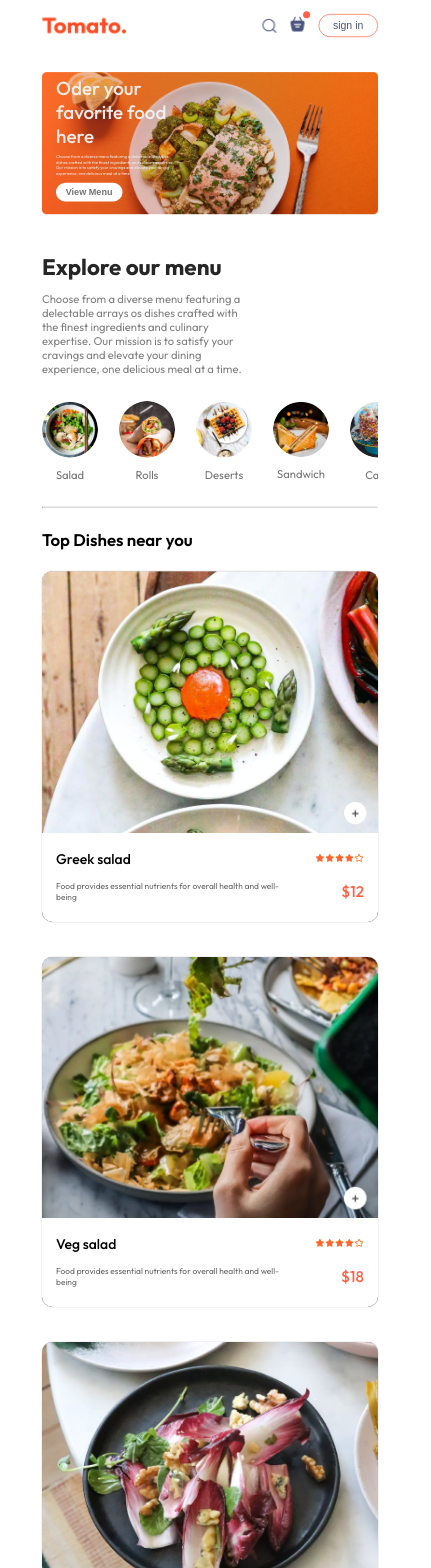
Repository: guilhermecardoso93/tomato-front-end
Page: /
These files come from the project's save history. The page is drawn as it stood at one moment and after the next save; the edit follows.
The browser window is 600 px wide. The page is 615 px wide, so the pictures cover 615 px, including what lies to the right of the window. The pictures show the part of the page from y = 0 to 2240 px (the page is 19209 px tall before and 16837 px after), at 70% of full size.
The project was rebuilt for these pictures with package versions that can differ from the ones it lists, and the page was loaded fresh each time. Also part of the build but not shown: vite.config.js, src/pages/Cart/styles.css, src/pages/Cart/index.jsx, src/pages/PlaceOrder/styles.css, src/pages/PlaceOrder/index.jsx.

Above is the page before, as saved 2024-10-31 19:27:04.

### index.html
<!doctype html>
<html lang="en">

<head>
    <meta charset="UTF-8" />
    <link rel="icon" type="image/svg+xml" href="" />
    <link rel="preconnect" href="https://fonts.googleapis.com">
    <link rel="preconnect" href="https://fonts.gstatic.com" crossorigin>
    <link href="https://fonts.googleapis.com/css2?family=Inter:ital,opsz,wght@0,14..32,100..900;1,14..32,100..900&family=Outfit:wght@100..900&display=swap" rel="stylesheet">
    <meta name="viewport" content="width=device-width, initial-scale=1.0" />
    <title>Tomato</title>
</head>

<body>
    <div id="root"></div>
    <script type="module" src="/src/main.jsx"></script>
</body>

</html>

### src/main.jsx
import { StrictMode } from "react";
import { createRoot } from "react-dom/client";
import "./index.css";
import { App } from "./App.jsx";
import { BrowserRouter } from "react-router-dom";
import StoreContextProvider from "./context/StoreContext.jsx";

createRoot(document.getElementById("root")).render(
  <BrowserRouter>
    <StoreContextProvider>
      <App />
    </StoreContextProvider>
  </BrowserRouter>
);

### src/index.css
* {
  padding: 0;
  margin: 0;
  box-sizing: border-box;
}

body {
  min-height: 100vh;
  font-family: "Outfit", sans-serif;
}

a {
  text-decoration: none;
  color: inherit;
}

.app {
  width: 80%;
  margin: auto;
  margin-bottom: 2rem;
}

@keyframes fadeIn {
  0% {
    opacity: 0;
  }

  100% {
    opacity: 1;
  }
}

### src/App.jsx
import { Routes, Route } from "react-router-dom";
import { Navbar } from "./components/Navbar";

import { Home } from "./pages/Home";
import { Cart } from "./pages/Cart";
import { PlaceOrder } from "./pages/PlaceOrder";
import { Footer } from "./components/Footer";

export function App() {
  return (
    <>
      <div className="app">
        <Navbar />
        <Routes>
          <Route path="/" element={<Home />} />
          <Route path="/cart" element={<Cart />} />
          <Route path="/order" element={<PlaceOrder />} />
        </Routes>
      </div>
      <Footer />
    </>
  );
}

### src/context/StoreContext.jsx
import { createContext, useEffect, useState } from "react";
import { food_list } from "../assets/assets";

export const StoreContext = createContext(null);

const StoreContextProvider = (props) => {
  const [cartItems, setCartItems] = useState({});

  const addCart = (itemId) => {
    if (!cartItems[itemId]) {
      setCartItems((prev) => ({ ...prev, [itemId]: 1 }));
    } else {
      setCartItems((prev) => ({ ...prev, [itemId]: prev[itemId] + 1 }));
    }
  };

  const removeFromCart = (itemId) => {
    setCartItems((prev) => ({ ...prev, [itemId]: prev[itemId] - 1 }));
  };

  const contextValue = {
    food_list,
    cartItems,
    setCartItems,
    addCart,
    removeFromCart,
  };

  useEffect(() => {
    console.log(cartItems);
  }, [cartItems]);

  return (
    <StoreContext.Provider value={contextValue}>
      {props.children}
    </StoreContext.Provider>
  );
};

export default StoreContextProvider;

### src/components/Navbar/index.jsx
import { useState } from "react";
import { assets } from "../../assets/assets";
import "./styles.css";

export const Navbar = () => {
  const [menu, setMenu] = useState("Home");

  return (
    <div className="navbar">
      <img src={assets.logo} alt="Logo" className="logo" />
      <ul className="navbar-menu">
        <li
          onClick={() => setMenu("Home")}
          className={menu === "Home" ? "active" : ""}
        >
          Home
        </li>
        <li
          onClick={() => setMenu("Menu")}
          className={menu === "Menu" ? "active" : ""}
        >
          Menu
        </li>
        <li
          onClick={() => setMenu("MobileApp")}
          className={menu === "MobileApp" ? "active" : ""}
        >
          MobileApp
        </li>
        <li
          onClick={() => setMenu("Contact Us")}
          className={menu === "Contact Us" ? "active" : ""}
        >
          Contact Us
        </li>
      </ul>
      <div className="navbar-right">
        <img src={assets.search_icon} alt="" />
        <div className="navbar-search-icon">
          <img src={assets.basket_icon} alt="" />
          <div className="dot"></div>
        </div>
        <button>sign in</button>
      </div>
    </div>
  );
};

### src/pages/Home/index.jsx
import { useState } from "react";
import { ExplorerMenu } from "../../components/ExplorerMenu";
import { Header } from "../../components/Header";
import "./styles.css";
import { FoodDisplay } from "../../components/FoodDisplay/Index";
import { AppDownload } from "../../components/AppDownload";

export const Home = () => {
  const [category, setCategory] = useState("All");

  return (
    <div>
      <Header />
      <ExplorerMenu category={category} setCategory={setCategory} />
      <FoodDisplay category={category} />
      <AppDownload />
    </div>
  );
};

### src/components/Footer/index.jsx
import { assets } from "../../assets/assets";
import "./styles.css";

export const Footer = () => {
  return (
    <footer id="footer">
      <div className="footer-container">
        <div className="footer-left">
          <img src={assets.logo} alt="" />
          <p>
            Lorem ipsum dolor sit amet, consectetur adipiscing elit. Vestibulum
            quis pellentesque erat, id dignissim dolor. Aliquam pulvinar erat et
            lacus dapibus, ornare viverra ipsum euismod. Suspendisse neque leo,
            iaculis et facilisis non, fringilla sit amet massa.
          </p>
          <div className="footer-social-icons">
            <img src={assets.facebook_icon} alt="" />
            <img src={assets.twitter_icon} alt="" />
            <img src={assets.linkedin_icon} alt="" />
          </div>
        </div>
        <div className="footer-center">
          <h2>COMPANY</h2>
          <ul>
            <li>Home</li>
            <li>About Us</li>
            <li>Delivery</li>
            <li>Privacy Policy</li>
          </ul>
        </div>
        <div className="footer-right">
          <h2>GET IN TOUCH</h2>
          <ul>
            <li>+1-2222-2222</li>
            <li>tomato@restaurant.com</li>
          </ul>
        </div>
      </div>
      <hr />
      <p className="footer-copy-rights">
        Copyrights 2024 Tomato.com - All rights reserved.
      </p>
    </footer>
  );
};

### src/components/Navbar/styles.css
.navbar {
  padding: 20px 0px;
  display: flex;
  justify-content: space-between;
  align-items: center;
}

.navbar .logo {
  width: 150px;
}

.navbar-menu {
  display: flex;
  list-style: none;
  gap: 20px;
  color: #49557e;
  font-size: 18px;
}

.navbar li {
  cursor: pointer
}

.navbar-right {
  display: flex;
  align-items: center;
  gap: 40px;
}

.navbar button {
  background: transparent;
  font-size: 15px;
  color: #49557e;
  border: 1px solid tomato;
  padding: 10px 30px;
  border-radius: 50px;
  cursor: pointer;
  transition: 0.3s;
}

.navbar button:hover {
  background: #fff4f2;
}

.navbar .active {
  padding-bottom: 2px;
  border-bottom: 2px solid #49557c;
}

.navbar-search-icon {
  position: relative;
}

.navbar-search-icon .dot {
  position: absolute;
  min-width: 10px;
  min-height: 10px;
  background-color: tomato;
  border-radius: 5px;
  top: -8px;
  right: -8px;
}

@media (max-width:1050px) {
  .navbar .logo {
    width: 140px;
  }

  .navbar-menu {
    gap: 20px;
    font-size: 17px;
  }

  .navbar-right {
    gap: 30px;
  }

  .navbar-right img {
    width: 22px;
  }

  .navbar-right button {
    padding: 8px 25px;
  }
}

@media (max-width:900px) {
  .navbar .logo {
    width: 120px;
  }

  .navbar-menu {
    gap: 15px;
    font-size: 16px;
  }

  .navbar-right {
    gap: 20px;
  }

  .navbar-right img {
    width: 20px;
  }

  .navbar-right button {
    padding: 7px 20px;
    font-size: 15px;
  }
}

@media (max-width:750px) {
  .navbar-menu {
    display: none;
  }
}

/*
.navbar-profile {
  position: relative;
}

.nav-profile-dropdown {
  position: absolute;
  display: none;
  right: 0;
  z-index: 1;
}

.navbar-profile:hover .nav-profile-dropdown {
  display: flex;
  flex-direction: column;
  gap: 10px;
  background-color: #fff2ef;
  padding: 12px 25px;
  border-radius: 4px;
  border: 1px solid tomato;
  outline: 2px solid white;
  list-style: none;
}


:root .navbar-profile:hover .nav-profile-dropdown {
  color: white;
  background-color: var(--body-color);
  border: 1px solid tomato;
  outline: 2px solid white;
}

.lightcolors .navbar-profile:hover .nav-profile-dropdown {
  color: black;
  background-color: #fff2ef;
  border: 1px solid tomato;
  outline: 2px solid white;
}

.nav-profile-dropdown li {
  display: flex;
  align-items: center;
  gap: 10px;
  cursor: pointer;
}

.nav-profile-dropdown img {
  width: 20px;
}

.nav-profile-dropdown li:hover {
  color: tomato;
}

#visual-toggle-button {
  width: 37px;
  height: 37px;
  display: flex;
  align-items: center;
  justify-content: center;
  position: relative;
  border: 1px solid var(--border-color);
  border-radius: 5px;
  cursor: pointer;
}

#visual-toggle {
  appearance: none;
  display: none;
}

.svgIcon-toggle {
  width: 25px;
}

.moon-svg {
  width: 13px;
  position: absolute;
  transition: all .3s;
}

.sun-svg {
  opacity: 0;
  transition: all .3s;
}

.lightmode .sun-svg {
  filter: brightness(0);
  transform: rotate(180deg);
  opacity: 1;
}

.lightmode .moon-svg {
  opacity: 0;
}

.animate .moon-svg {
  transform: rotate(360deg);
  transition: all .3s;
}


:root {
  --input-color: black;
--background-root: black;
--border-root: 2px solid white;
--padding-root: 10px;
--upload: brightness(1) invert(1);
--logos-filter: brightness(0) invert(1);
--sidebar: black;
--border-color: #27272a;
--nav-color-one: #0d0d179a;
--nav-color-two: #0d0618;
--body-color: #121212;
--dark-text: #101010;
--light-text: #ffffff;
--light-text-secondary: #b9b9b9;
--light-text-desc: #d8d8d8;
}

.lightcolors {
  --sidebar: #fff0ed;
  --body-color: #FFFFFF;
  --dark-text: #fff;
  --light-text: #101010;
  --nav-color-two: #f6f6f2;
  --nav-color-one: #f1f1f17e;
  --border-color: #ddd;
  --light-text-secondary: #464853;
  --light-text-desc: #020202;
  --cards-text-color: #fff;
}

:root .logo {
  filter: var(--logos-filter);
}

.lightcolors .logo {
  filter: none;
}

:root .navbar-menu .active {
  border-bottom: 2px solid white;
}

.lightcolors .navbar-menu .active {
  border-bottom: 2px solid #49557e;
}


:root .navbar-menu {
  color: white;
}

.lightcolors .navbar-menu {
  color: #49557e;
}

:root .basketlogo {
  filter: var(--logos-filter);
}

.lightcolors .basketlogo {
  filter: none;
}

:root img.white-filter {
  filter: var(--logos-filter);
}

.lightcolors img.white-filter {
  filter: none;
}

:root .signbutton {
  color: white
}

:root .signbutton:hover {
  color: black;
}



.lightcolors .signbutton {
  color: #49557e;
}



 */

### src/components/ExplorerMenu/index.jsx
import { menu_list } from "../../assets/assets";

import "./styles.css";

export const ExplorerMenu = ({ category, setCategory }) => {
  return (
    <div className="explorer-menu" id="explore-menu">
      <h1>Explore our menu</h1>
      <p className="explore-menu-text">
        Choose from a diverse menu featuring a delectable arrays os dishes
        crafted with the finest ingredients and culinary expertise. Our mission
        is to satisfy your cravings and elevate your dining experience, one
        delicious meal at a time.
      </p>
      <div className="explore-menu-list">
        {menu_list.map((item, index) => {
          return (
            <div
              className="explore-menu-list-item"
              key={index}
              onClick={() =>
                setCategory((prev) =>
                  prev === item.menu_name ? "All" : item.menu_name
                )
              }
            >
              <img
                src={item.menu_image}
                alt=""
                className={category === item.menu_name ? "active" : ""}
              />
              <p className={category === item.menu_name ? "active-text" : ""}>
                {item.menu_name}
              </p>
            </div>
          );
        })}
      </div>
      <hr />
    </div>
  );
};

### src/components/Header/index.jsx
import "./styles.css";

export const Header = () => {
  return (
    <div className="header">
      <div className="header-container">
        <h2>Oder your favorite food here</h2>
        <p>
          Choose from a diverse menu featuring a delectable arrays os dishes
          crafted with the finest ingredients and culinary expertise. Our
          mission is to satisfy your cravings and elevate your dining
          experience, one delicious meal at a time.
        </p>
        <button> View Menu</button>
      </div>
    </div>
  );
};

### src/components/FoodDisplay/Index.jsx
import { useContext } from "react";
import { StoreContext } from "../../context/StoreContext";
import { FoodItem } from "../FoodItem";

import "./styles.css";

export const FoodDisplay = ({ category }) => {
  const { food_list } = useContext(StoreContext);

  return (
    <div className="food-display" id="food-display">
      <h2>Top Dishes near you</h2>
      <div className="food-display-list">
        {food_list.map((item, index) => {
          if (category === "All" || category === item.category) {
            return (
              <FoodItem
                key={index}
                id={item._id}
                name={item.name}
                description={item.description}
                price={item.price}
                image={item.image}
              />
            );
          }
        })}
      </div>
    </div>
  );
};

### src/components/AppDownload/index.jsx
import { assets } from "../../assets/assets";

import "./styles.css";

export const AppDownload = () => {
  return (
    <div className="app-download" id="app-download">
      <p>
        For Better Experience Download <br /> TomatoApp
      </p>
      <div className="app-download-platforms">
        <img src={assets.play_store} alt="" />
        <img src={assets.app_store} alt="" />
      </div>
    </div>
  );
};

### src/components/Footer/styles.css
footer {
  color: #d9d9d9;
  background-color: #323232;
  display: flex;
  align-items: center;
  flex-direction: column;
  gap: 20px;
  padding: 20px 8vw;
  padding-top: 80px;
  margin-top: 40px;
}

.footer-container {
  width: 100%;
  display: grid;
  grid-template-columns: 2fr 1fr 1fr;
  gap: 50px;
}

.footer-left, .footer-right, .footer-center {
  display: flex;
  flex-direction: column;
  align-items: start;
  gap: 20px;
}

footer li {
  list-style: none;
  margin-bottom: 10px;
  cursor: pointer;
}

footer h2 {
  color: #f2f2f2;
}

.footer-social-icons {
  display: flex;
  gap: 15px;
  width: 40px;
  margin-right: 15px;
}

footer hr {
  width: 100%;
  height: 2px;
  margin: 10px 0;
  background-color: gray;
  border: none;
}

### src/components/ExplorerMenu/styles.css
.explorer-menu {
  display: flex;
  flex-direction: column;
  gap: 1rem;
}

.explorer-menu h1 {
  color: #262626;
  font-size: 500;
}

.explore-menu-text {
  max-width: 60%;
  color: #808080;
}

.explore-menu-list {
  display: flex;
  justify-content: space-between;
  align-items: center;
  gap: 30px;
  text-align: center;
  margin: 20px 0px;
  overflow-x: scroll;
}

.explore-menu-list::-webkit-scrollbar {
  display: none;
}

.explore-menu-list img {
  width: 7.5vw;
  min-width: 80px;
  cursor: pointer;
  border-radius: 50%;
  transition: 0.2s;
}

.explore-menu-list p {
  margin-top: 10px;
  color: #747474;
  font-size: max(1.4vw, 16px);
  cursor: pointer;
}

.explore-menu hr {
  margin: 10px 0px;
  height: 2px;
  background: #e2e2e2;
  border: none;
}

.explore-menu-list .active {
  border: 4px solid tomato;
  padding: 2px;
}

.explore-menu-list .active-text {
  color: tomato;
}

### src/components/Header/styles.css
.header {
  height: 34vw;
  margin: 30px auto;
  background: url('../../assets/header_img.png') no-repeat;
  background-size: contain;
  position: relative;
}

.header-container {
  position: absolute;
  display: flex;
  flex-direction: column;
  align-items: start;
  padding: 20px;
  gap: 1.5vw;
  max-width: 52%;
  bottom: 10%;
  animation: fadeIn 3s;
}

.header-container h2 {
  font-weight: 500;
  color: #f2f2f2f2;
  font-size: max(4.5vw, 22px);
}

.header-container p {
  color: #f2f2f2f2;
  font-size: 1vw;
}


.header-container button {
  border: none;
  color: #747474;
  font-weight: 700;
  padding: 1vw 2.3vw;
  background: white;
  font-size: max(1vw, 13px);
  border-radius: 50px;
}

@media (max-width:1050px) {
  .header {
    height: 38vw;
  }

  .header-container {
    max-width: 45%;
  }
}

### src/components/FoodItem/index.jsx
import { useContext } from "react";
import { assets } from "../../assets/assets";
import "./styles.css";
import { StoreContext } from "../../context/StoreContext";

export const FoodItem = ({ id, name, price, description, image }) => {
  const { removeFromCart, addCart, cartItems } = useContext(StoreContext);

  return (
    <div className="food-item" id={id}>
      <div className="food-item-image-container">
        <img src={image} alt={name} className="food-item-image" />
        {!cartItems[id] ? (
          <img
            src={assets.add_icon_white}
            alt="Adicionar ao carrinho"
            className="add"
            onClick={() => addCart(id)}
          />
        ) : (
          <div className="food-item-counter">
            <img
              src={assets.remove_icon_red}
              alt="Remover do carrinho"
              onClick={() => removeFromCart(id)}
            />
            <p>{cartItems[id]}</p>
            <img
              src={assets.add_icon_green}
              alt="Adicionar ao carrinho"
              onClick={() => addCart(id)}
            />
          </div>
        )}
      </div>
      <div className="food-item-info">
        <div className="food-item-name-rating">
          <p>{name}</p>
          <img src={assets.rating_starts} alt="Rating" />
        </div>
        <div className="food-item-prices">
          <p className="food-item-description">{description}</p>
          <p className="food-item-price">${price}</p>
        </div>
      </div>
    </div>
  );
};

### src/components/FoodDisplay/styles.css
.food-display {
  margin-top: 30px;
}

.food-display h2 {
  font-size: max(2vw, 24px);
  font-weight: 600;
}


.food-display-list {
  display: grid;
  grid-template-columns: repeat(auto-fill, minmax(240px, 1fr));
  margin-top: 30px;
  gap: 30px;
  row-gap: 50px;
}

### src/components/AppDownload/styles.css
.app-download {
  margin: auto auto;
  margin-top: 100px;
  font-size: max(3vw, 20px);
  text-align: center;
  font-weight: 500;
}

.app-download-platforms {
  display: flex;
  justify-content: center;
  gap: max(3vw, 20px);
  margin-top: 40px;
}

.app-download-platforms img {
  width: max(30vw, 120px);
  max-width: 180px;
  transition: 0.5s;
  cursor: pointer;
}

.app-download-platforms img:hover {
  transform: scale(1.05);
}

### src/components/FoodItem/styles.css
.food-item {
  width: 100%;
  margin: auto;
  border-radius: 15px;
  box-shadow: 0px 0px 1px #000015;
  transition: 0.3s;
  animation: fadeIn 1s;
}

.food-item-image {
  width: 100%;
  border-radius: 15px 15px 0px 0px;
}

.food-item-image-container {
  position: relative;
}

.food-item-image-container .add {
  position: absolute;
  width: 35px;
  bottom: 15px;
  right: 15px;
  cursor: pointer;
  border-radius: 50%;
}

.food-item-counter {
  position: absolute;
  bottom: 15px;
  right: 15px;
  display: flex;
  align-items: center;
  gap: 10px;
  border-radius: 50px;
  background-color: #f2f2f2;
  padding: 3px;
  font-weight: 700;
}

.food-item-counter img {
  width: 30px;
}

.food-item-info {
  padding: 20px;
}

.food-item-name-rating {
  display: flex;
  justify-content: space-between;
  align-items: center;
  margin-bottom: 10px;
}

.food-item-name-rating p {
  font-size: 20px;
  font-weight: 500;
}

.food-item-name-rating img {
  width: 70px;
}

.food-item-prices {
  display: flex;
  justify-content: space-between;
  align-items: center;
  gap: 10px;
}

.food-item-description {
  color: #676767;
  font-size: 12px;
  width: 75%;
}

.food-item-price {
  color: tomato;
  font-size: 22px;
  font-weight: 500;
  margin: 10px 0;
}

Loaded but not shown: src/assets/assets.js (350 lines, source omitted); src/pages/Home/styles.css (no stored copy; drawn as an empty file)

After the next save:
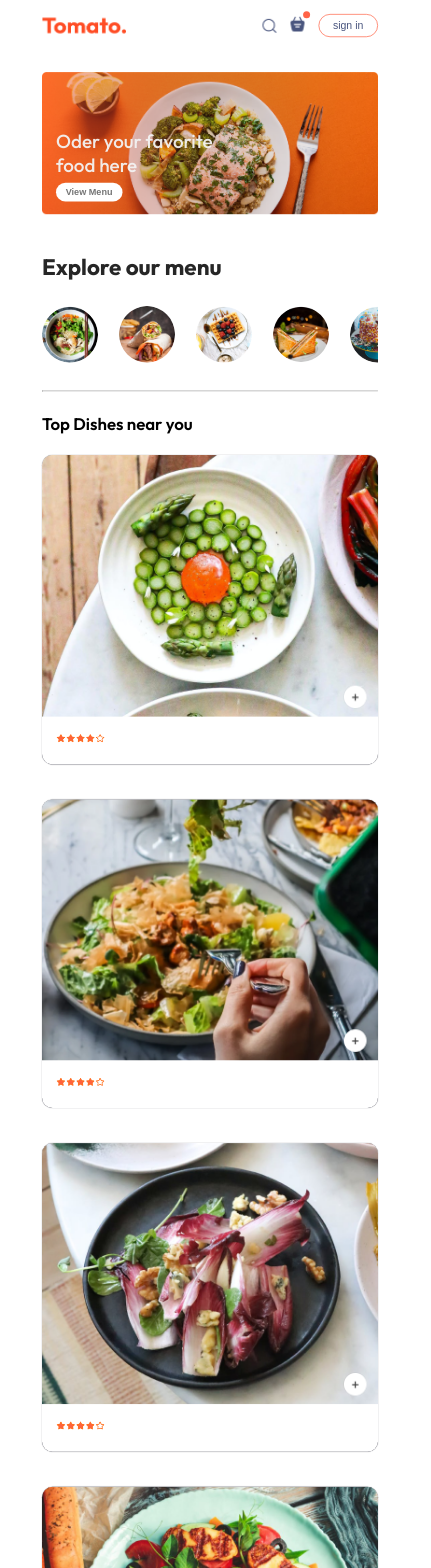
Saved 53 s later.
--- a/src/components/Header/styles.css
+++ b/src/components/Header/styles.css
@@ -49,3 +49,15 @@
     max-width: 45%;
   }
 }
+
+@media (max-width:750px) {
+
+
+  .header-container {
+    max-width: 55%;
+  }
+
+  p {
+    display: none
+  }
+}

After the save that followed:
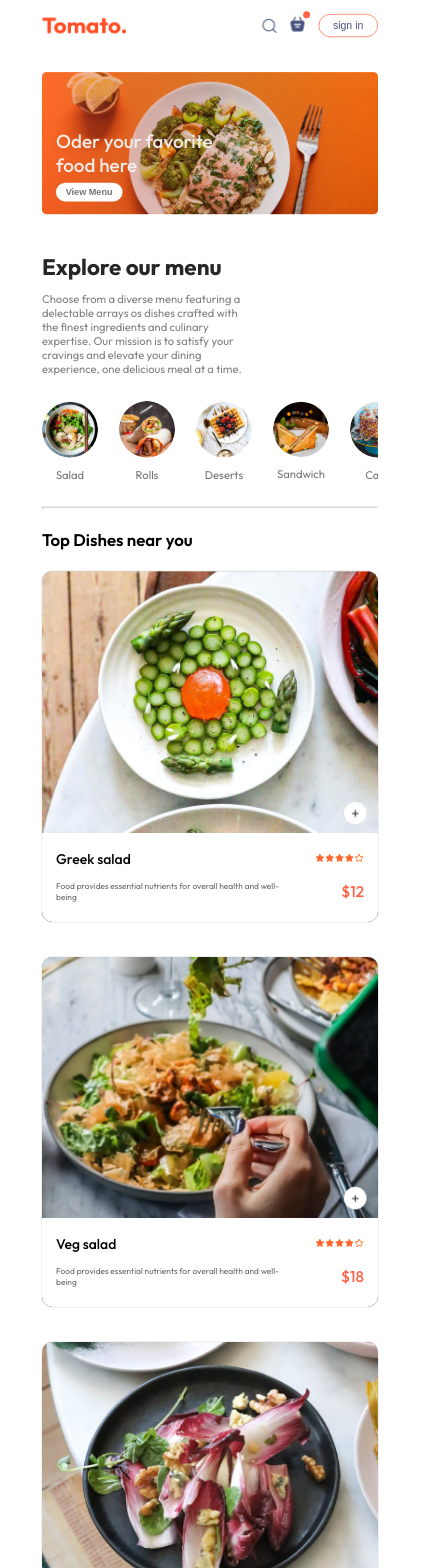
Saved 7 s later.
--- a/src/components/Header/styles.css
+++ b/src/components/Header/styles.css
@@ -57,7 +57,7 @@
     max-width: 55%;
   }
 
-  p {
+  .header-container p {
     display: none
   }
 }
